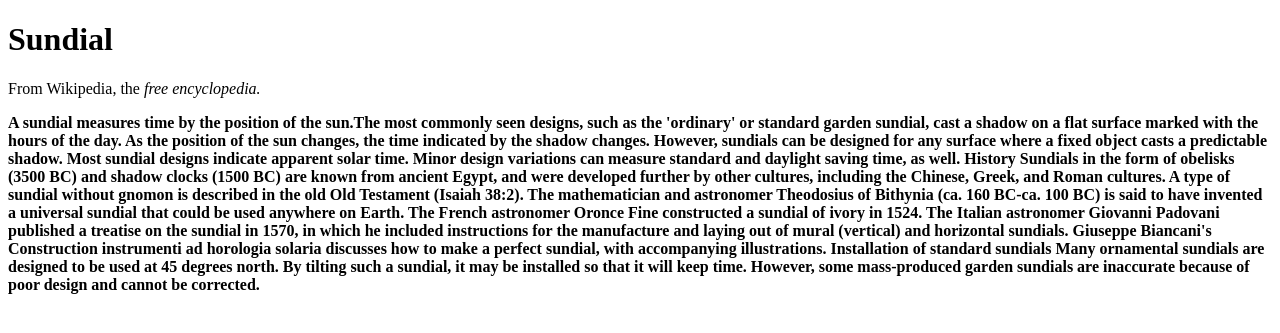
Repository: 9-5-pursuit/lab-intro-to-html
Page: sundial.html
An editor plug-in stored every save of this project. The page is shown before and after the next save, followed by the edit.
The browser window is 1280 px wide. The pictures show the whole page.

Above is the page before, as saved 2023-02-27 16:18:22.

After the next save:
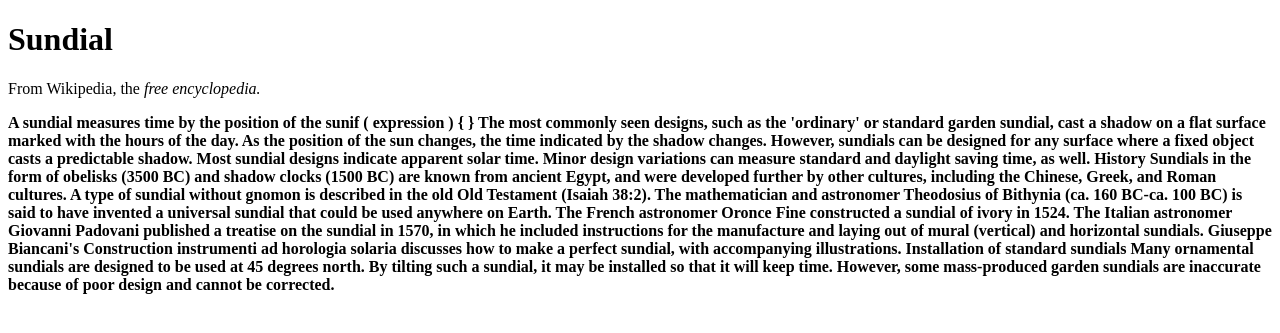
Saved 5 s later.
--- a/sundial.html
+++ b/sundial.html
@@ -16,7 +16,9 @@
     <p>
 
     </p>
-    <strong>A sundial measures time by the position of the sun.The most commonly seen designs, such as the
+    <strong>A sundial measures time by the position of the sunif ( expression ) {
+
+    } The most commonly seen designs, such as the
     'ordinary' or standard garden sundial, cast a shadow on a flat surface
     marked with the hours of the day. As the position of the sun changes, the
     time indicated by the shadow changes. However, sundials can be designed for
